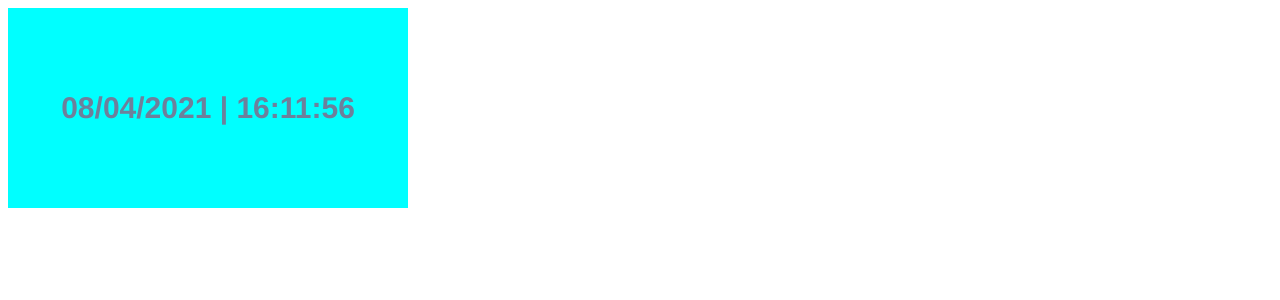
Repository: Widzisz/zadania-JavaScript
Page: www/index.html
These files come from the project's save history. The page is drawn as it stood at one moment and after the next save; the edit follows.
The browser window is 1280 px wide. The pictures show the whole page.

Above is the page before, as saved 2021-04-08 18:42:35.

After the next save:
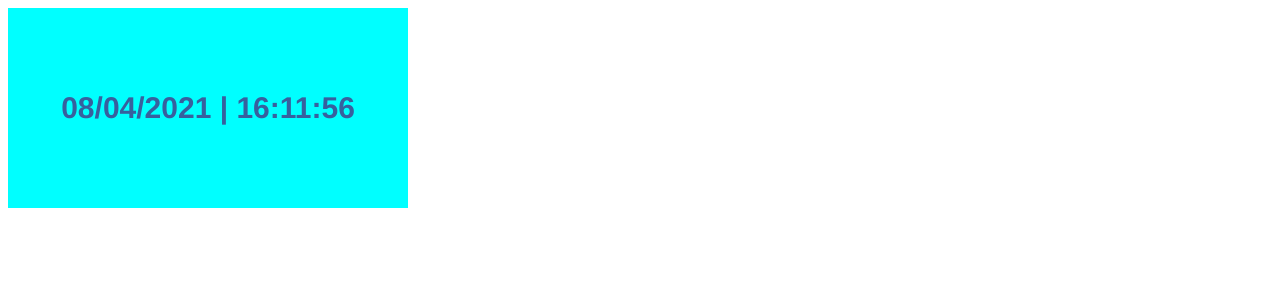
Saved 20 s later.
--- a/www/main.css
+++ b/www/main.css
@@ -21,7 +21,7 @@
 }
 
 @keyframes name {
-    0% { color: rgb(143, 76, 230); }
+    0% { color: rgb(34, 12, 235); }
     50% { color: rgb(75, 180, 81); }
     100% { color: red; }
   }
